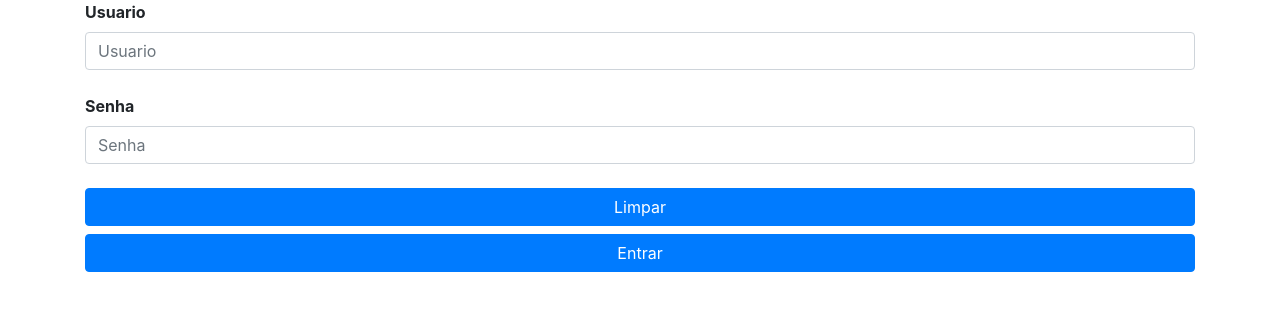
Repository: belchiorneto/innovationAPI
Page: http://localhost/TelaLogin/Login.jsp
The author's editor kept a copy of each file at every save. The page is drawn from the files as they stood at one save, then again after the next save.
The browser window is 1280 px wide. The pictures show the whole page.
The page is served by Tomcat 9.

Above is the page before, as saved 2019-05-07 19:37:01.

After the next save:
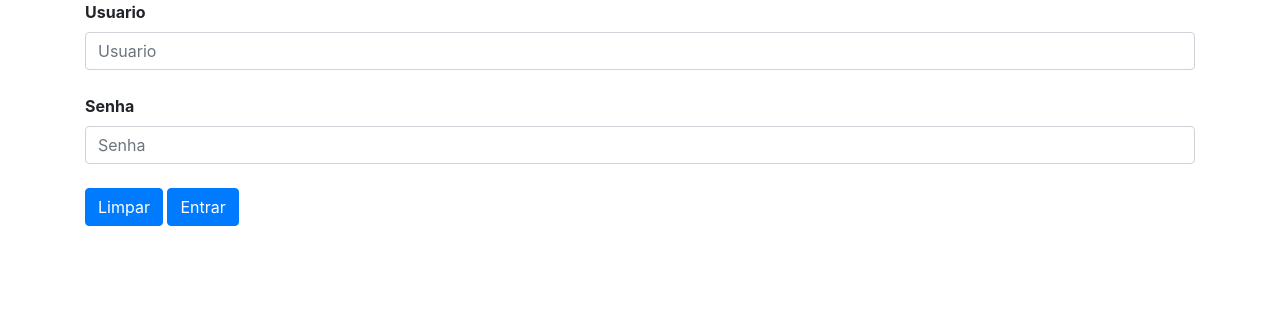
Saved 23 s later.
--- a/TelaLogin/WebContent/Login.jsp
+++ b/TelaLogin/WebContent/Login.jsp
@@ -18,8 +18,8 @@
 		<label for="password"><b>Senha</b></label>
 			<input type="password" class="form-control" placeholder="Senha" name="password" required>
 			<br>
-		<button type="reset" class="btn btn-md btn-primary btn-block">Limpar</button>
-		<button type="submit" class="btn btn-md btn-primary btn-block">Entrar</button>
+		<button type="reset" class="btn btn-md btn-primary">Limpar</button>
+		<button type="submit" class="btn btn-md btn-primary ">Entrar</button>
 
 	</div>
 </form>
